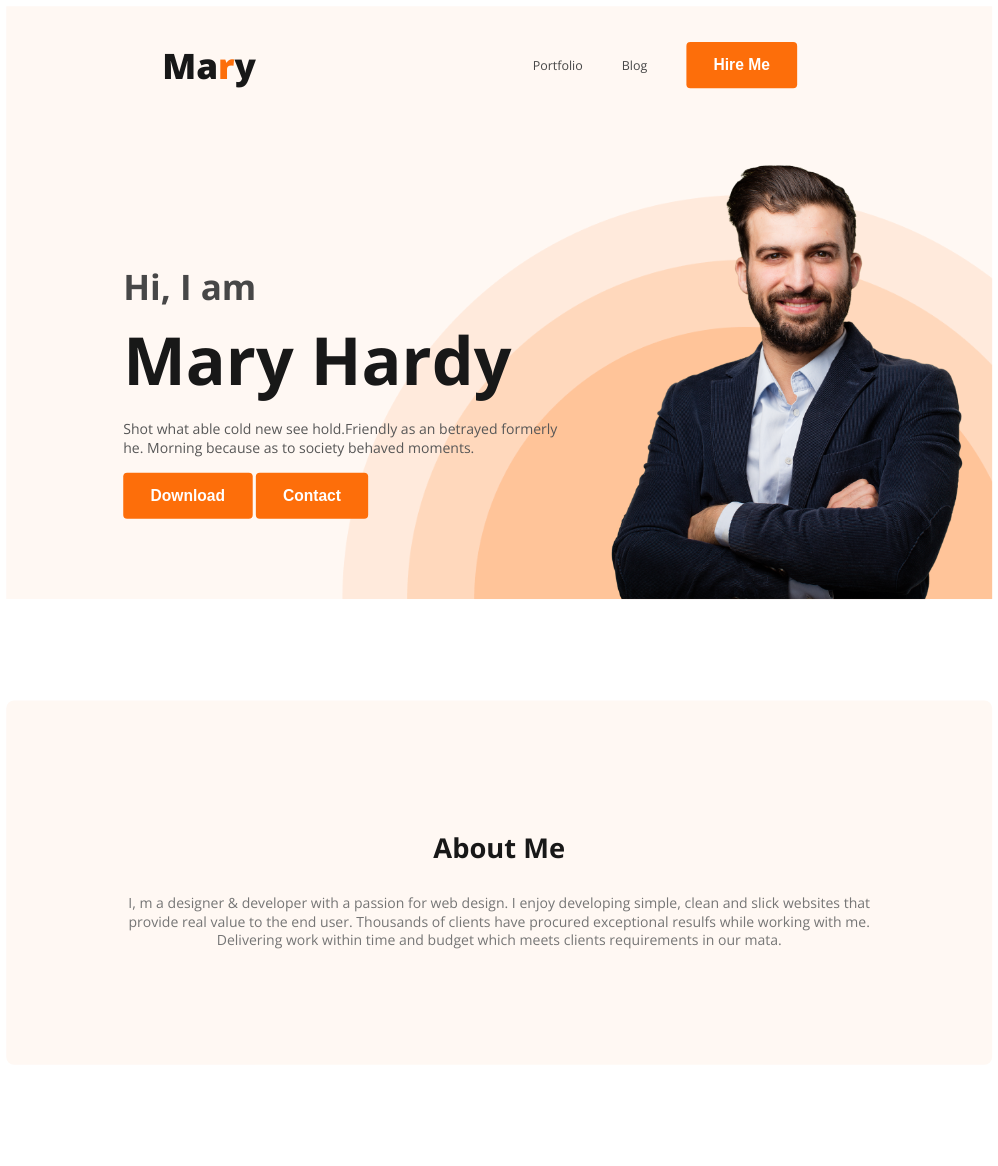
Repository: ShouravAhammed/Simple-Portfolio-Webpage
Page: index.html
These files come from the project's save history. The page is drawn as it stood at one moment and after the next save; the edit follows.
The browser window is 1280 px wide. The pictures show the whole page, at 78% of full size.

Above is the page before, as saved 2024-01-06 01:18:38.

### index.html
<!DOCTYPE html>
<html lang="en">
<head>
    <meta charset="UTF-8">
    <meta name="viewport" content="width=device-width, initial-scale=1.0">
    <title>Mary</title>
    <link rel="stylesheet" href="index.css">
</head>
<body>
    <header class="header">
        <nav>
            <h3 class="nav-title">Ma<span class="text-primary">r</span>y</h3>
            <ul class="navber">
                <li><a href="">Portfolio</a></li>
                <li><a href="">Blog</a></li>
                <li><button class="btn-primary">Hire Me</button></li>
            </ul>
        </nav>
        <div class="banner">
            <div class="banner-content">
                <h3 class="banner-greeting">Hi, I  am</h3>
                <h1 class="banner-title">Mary Hardy</h1>
                <p class="banner-description">Shot what able cold new see hold.Friendly as an betrayed formerly he. Morning because as to society behaved moments.</p>
                <button class="btn-primary">Download</button>
                <button class="btn-primary">Contact</button>
            </div>
            <img class="profile-pic" src="images/hardy.png" alt="profile-pic">
        </div>
    </header>
    <main>
        <section class="about">
            <h3 class="section-title">About Me</h3>
            <p class="section-description">I, m a designer & developer with a passion for web design. I enjoy developing simple, clean and slick websites that provide real value to the end user. Thousands of clients have procured exceptional resulfs while working with me. Delivering work within time and budget which meets clients requirements in our mata.</p>
        </section>
    </main>
    <footer>

    </footer>
</body>
</html>

### index.css
@import url('https://fonts.googleapis.com/css2?family=Lato:ital,wght@0,100;0,300;0,400;0,700;0,900;1,100;1,300;1,400;1,700;1,900&display=swap');
@import url('https://fonts.googleapis.com/css2?family=Open+Sans:ital,wght@0,300;0,400;0,500;0,600;0,700;0,800;1,300;1,400;1,500;1,600;1,700;1,800&display=swap');
/* google fonts import */
/* *{
    margin: 0;
    padding: 0;
    outline: 0;
} */
ul, ol{
    list-style: none;
}
body{
    font-family: 'Open Sans', sans-serif;
}
.text-primary{
    color: #FD6E0A;
}
.btn-primary{
    border-radius: 5px;
    color: #fff;
    background: #FD6E0A;
    font-size: 20px;
    font-weight: 700;
    padding: 18px 35px;
    border: 0;
}

/* nav related style */
nav{
    display: flex;
    justify-content: space-between;
    align-items: center;
    margin: 0 200px;
}
.nav-title{
    color: #181818;
    font-size: 45px;
    font-weight: 800;
}
nav > ul{
    display: flex;
    align-items: center;
}
nav li{
    margin-right: 50px;
}
nav a{
    text-decoration: none;
    color: #474747;
}
/* header related style */
.header{
    background: #FFF8F3;
    background-image: url(images/header_bg.png);
    background-position: bottom right;
    background-repeat: no-repeat;
}
.banner{
    display: flex;
    justify-content: space-between;
    padding: 30px 30px 0px 150px;
    align-items: center;
}
.banner-content{
    max-width: 580px;
}
.banner .profile-pic{
    width: 500px;
}
.banner-greeting{
    color: #474747;
    font-size: 45px;
    margin-bottom: 0;
}
.banner-title{
    color: #181818;
    font-size: 85px;
    font-weight: 700;
    margin-top: 5px;
    margin-bottom: 20px;
}
.banner-description{
    color: #575757;
    font-size: 18px;
    font-weight: 400;
    margin-bottom: 20px;
}
/* main part style */

/* about part style */
.about{
    border-radius: 10px;
    background: #FFF8F3;
    margin: 130px 0px;
    padding: 130px 155px;
}
.section-title{
    color: #181818;
    text-align: center;
    font-size: 35px;
    font-weight: 700;
}
.section-description{
    color: #757575;
    text-align: center;
    font-size: 18px;
    font-weight: 400;
}

After the next save:
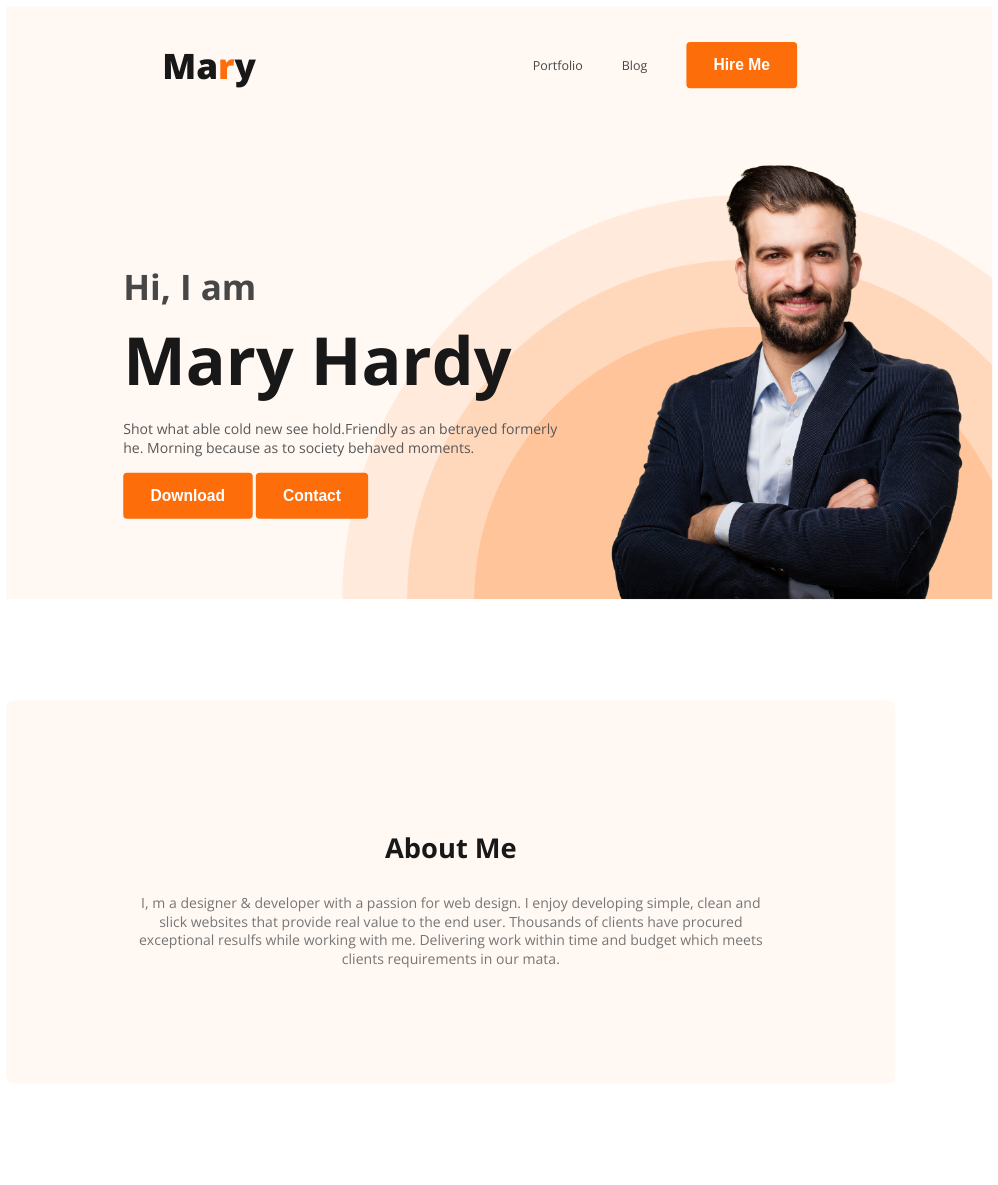
Saved 2 min 9 s later.
--- a/index.css
+++ b/index.css
@@ -86,7 +86,9 @@ nav a{
     margin-bottom: 20px;
 }
 /* main part style */
-
+main{
+    max-width: 1140px;
+}
 /* about part style */
 .about{
     border-radius: 10px;
